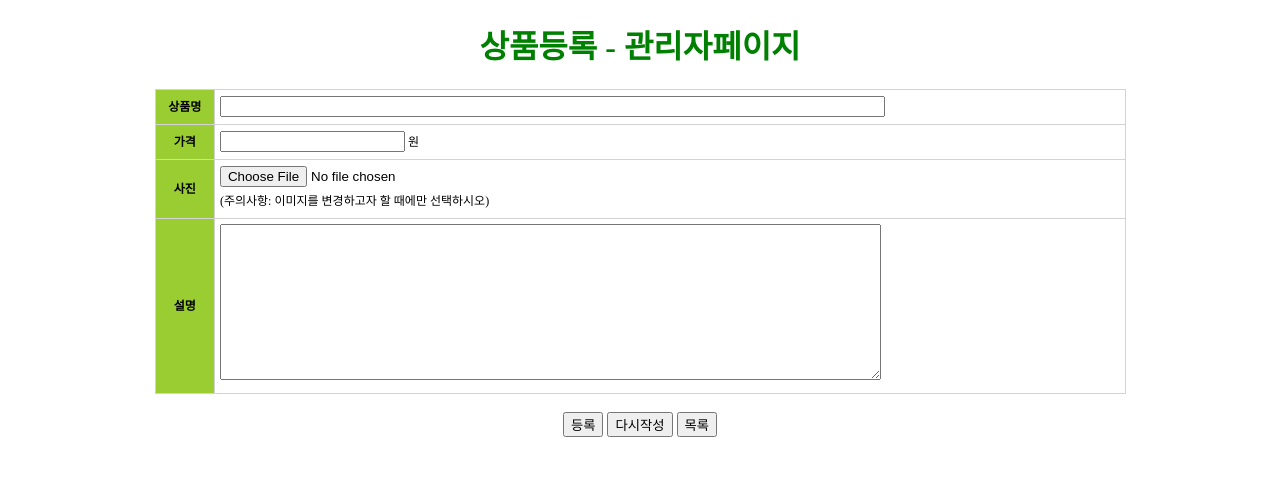
Repository: jiyoniii/JSP_workspace
Page: http://localhost/Upload/productWrite.do
The author's editor kept a copy of each file at every save. The page is drawn from the files as they stood at one save, then again after the next save.
The browser window is 1280 px wide. The pictures show the whole page.
The page is served by Tomcat 9.

Above is the page before, as saved 2020-06-08 10:57:33.

After the next save:
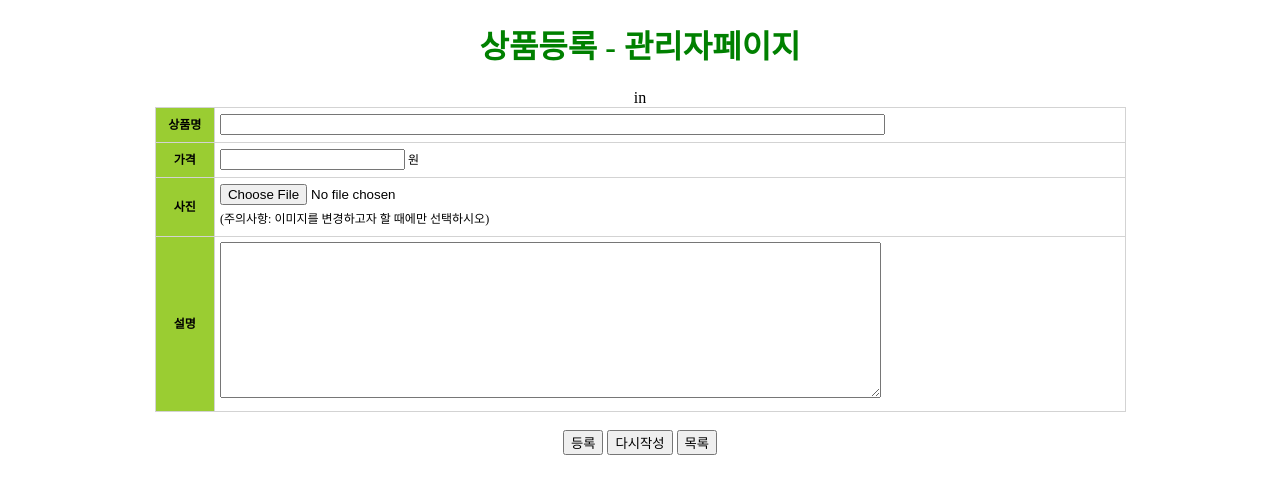
Saved 14 h 38 min later.
--- a/Upload/WebContent/product/productWrite.jsp
+++ b/Upload/WebContent/product/productWrite.jsp
@@ -13,7 +13,7 @@
 <body>
 
 	<div id="wrap" align="center">
-		<h1>상품등록 - 관리자페이지</h1>
+		<h1>상품등록 - 관리자페이지</h1>in
 		<!-- form에 액션태그가 없으면 현재주소로 연결된다. -->
 		<form method="post" enctype="multipart/form-data" name="frm">
 			<table>
